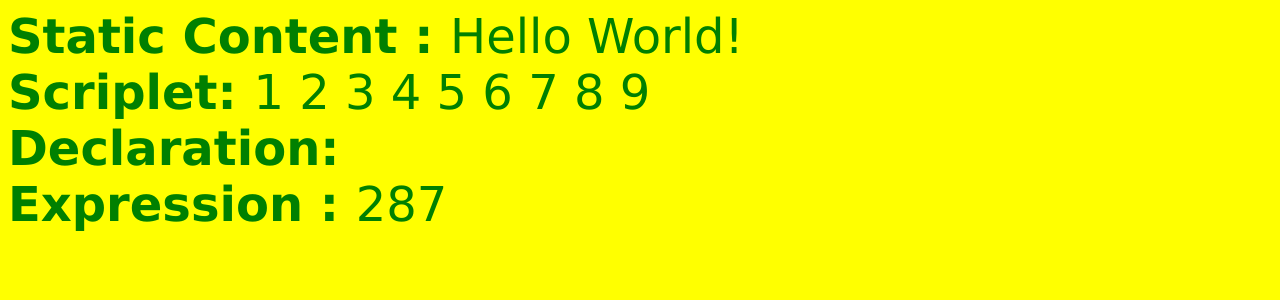
Repository: Lasya-Kankata/FSD_with_java
Page: http://localhost/JspApp/
These files come from the project's save history. The page is drawn as it stood at one moment and after the next save; the edit follows.
The browser window is 1280 px wide. The pictures show the whole page.
The page is served by Tomcat 9.

Above is the page before, as saved 2024-06-05 06:15:52.

After the next save:
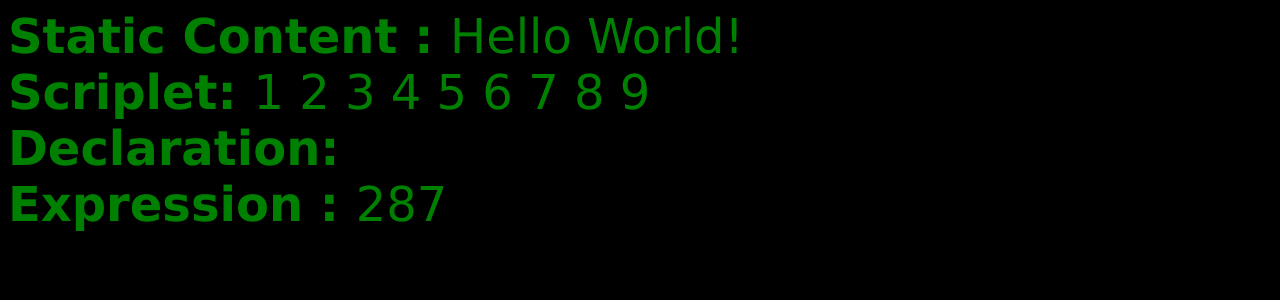
Saved 83 s later.
--- a/JspApp/src/main/webapp/index.jsp
+++ b/JspApp/src/main/webapp/index.jsp
@@ -8,7 +8,7 @@
 <head>
 <%-- <meta http-equiv="Content-Type" content="text/html; charset=UTF-8" > --%>
 </head>
-<body bgcolor="yellow">
+<body bgcolor="black">
 	<font face="verdana" size="20" color="green">
 		<b>Static Content : </b>Hello World!
 		<br>
